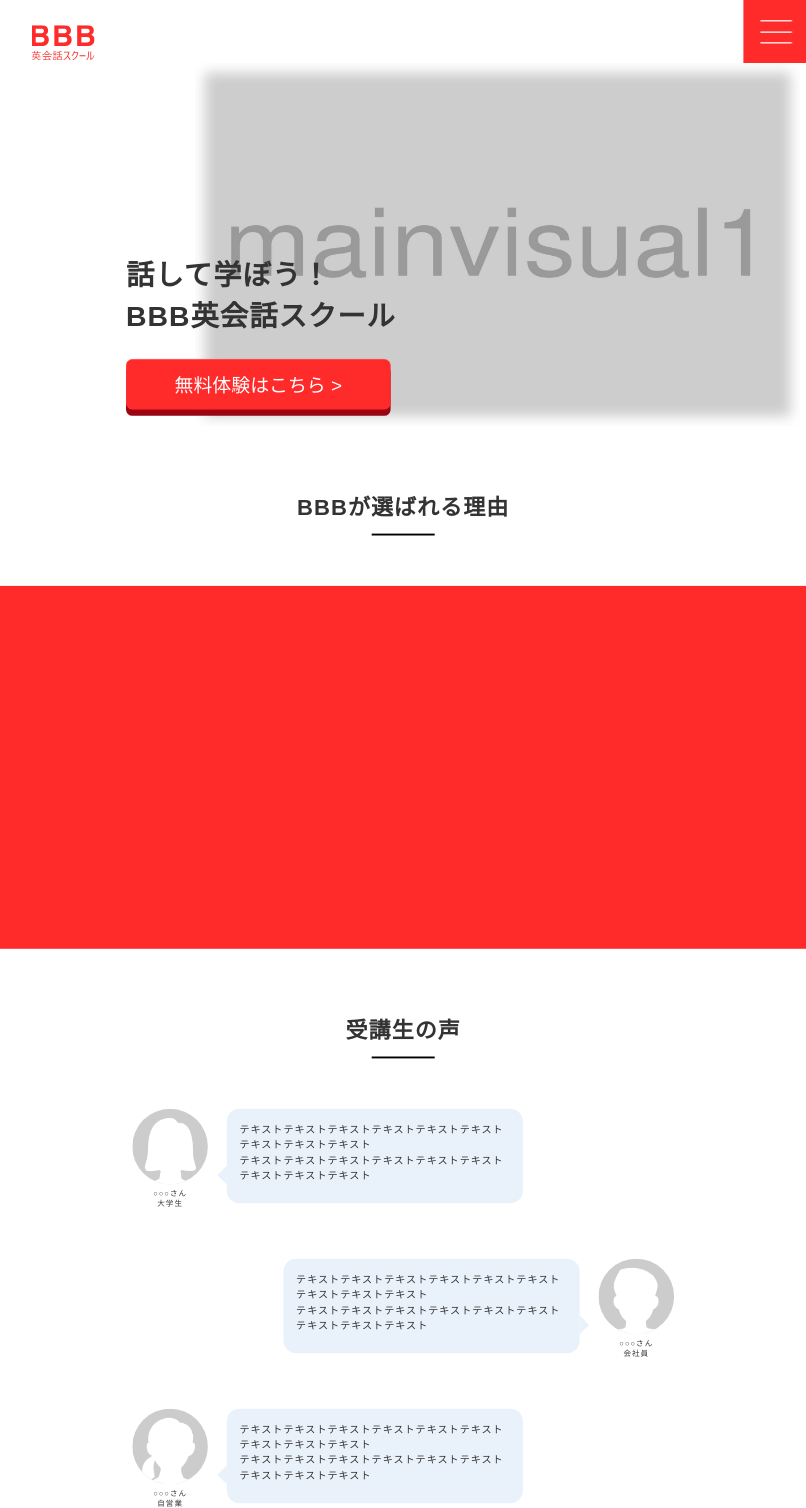
Repository: n19880405nick/challenge
Page: Codestep/BBB English School/bbbes.html
The author's editor kept a record of every edit. The page is drawn from the files as they stood at one moment, then again after the next edit.
The browser window is 1280 px wide. The pictures show the whole page, at 63% of full size.

Above is the page before.

### Codestep/BBB English School/bbbes.html
<!DOCTYPE html>
<html lang="ja">
  <head>
    <meta charset="utf-8">
    <meta name="viewport" content="width=device-width, initial-scale=1.0">
    <title>BBB英会話スクール</title>
    <link rel="stylesheet" href="bbbes.css">
    <link rel="shortcut icon" href="img/favicon.ico">
    <script src="https://ajax.googleapis.com/ajax/libs/jquery/3.5.1/jquery.min.js"></script>
    <script src="jquery.inview.min.js"></script>
    <script src="main.js"></script>
  </head>

  <body>
    <header>
      <a href="#"><img class="logo-r" src="img/logo-r.svg"></a>
      <nav class="menu">
        <img class="logo-w" src="img/logo-w.svg">
        <ul>
          <li><a href="#reason">BBBが選ばれる理由</a></li>
          <li><a href="#student">受講生の声</a></li>
          <li><a href="#about">スクールの概要</a></li>
          <li class="gotop"><a href="#"><span>無料体験に申し込む</span></a></li>
        </ul>
      </nav>
      <button class="hamburger">
        <span></span>
        <span></span>
        <span></span>
      </button>
    </header>

    <main>
      <div class="main-visual">
        <h3 class="main-visual-text">話して学ぼう！<br>BBB英会話スクール</h3>
        <a href="#"><button class="main-visual-go">無料体験はこちら  ></button></a>
        <div class="main-visual-images">
          <img class="main-visual-image" src="img/mainvisual1.jpg">
          <img class="main-visual-image" src="img/mainvisual2.jpg">
          <img class="main-visual-image" src="img/mainvisual3.jpg">
        </div>
      </div>

      <section id="reason">
        <h3 class="title">BBBが選ばれる理由</h3>
        <span class="undertitle"></span>
        <div class="reason-contents">
          <div class="reason1">
            <img class="reason-icon" src="img/icon-pc.png">
            <div class="reason-texts">
              <h3 class="reason-subtitle">オンライン対応</h3>
              <p>24時間いつでも受講できる！</p>
            </div>
          </div>
          <div class="reason2">
            <img class="reason-icon" src="img/icon-teacher.png">
            <div class="reason-texts">
              <h3 class="reason-subtitle">講師はネイティブ</h3>
              <p>お気に入りの講師が自由に選べる！</p>
            </div>
          </div>
        </div>
      </section>

      <section id="student">
        <h3 class="title">受講生の声</h3>
        <span class="undertitle"></span>
        <div class="student-contents">
          <div class="student-content1">
            <div class="student-icons">
              <img class="student-icon" src="img/icon-student1.png">
              <p>○○○さん<br>大学生</p>
            </div>
            <div class="student-text">
              <p>
                テキストテキストテキストテキストテキストテキストテキストテキストテキスト<br>
                テキストテキストテキストテキストテキストテキストテキストテキストテキスト
              </p>
            </div>
          </div>
          <div class="student-content2">
            <div class="student-text">
              <p>
                テキストテキストテキストテキストテキストテキストテキストテキストテキスト<br>
                テキストテキストテキストテキストテキストテキストテキストテキストテキスト
              </p>
            </div>
            <div class="student-icons">
              <img class="student-icon" src="img/icon-student2.png">
              <p>○○○さん<br>会社員</p>
            </div>
          </div>
          <div class="student-content3">
            <div class="student-icons">
              <img class="student-icon" src="img/icon-student3.png">
              <p>○○○さん<br>自営業</p>
            </div>
            <div class="student-text">
              <p>
                テキストテキストテキストテキストテキストテキストテキストテキストテキスト<br>
                テキストテキストテキストテキストテキストテキストテキストテキストテキスト
              </p>
            </div>
          </div>
        </div>
      </section>

    </main>

    <footer></footer>
  </body>
</html>

### Codestep/BBB English School/bbbes.css
*{
  margin: 0;
  padding: 0;
  box-sizing: border-box;
}

body{
  color: #333;
  font-family: "游ゴシック体", "YuGothic", "游ゴシック Medium", "Yu Gothic Medium", "游ゴシック", "Yu Gothic", "メイリオ", sans-serif;
  letter-spacing: 0.1em;
}

header{
  position: relative;
  z-index: 10;
}

.logo-r, .logo-w{
  width: 100px;
  position: absolute;
  top: 40px;
  left: 50px;
}

.menu{
  width: 100vw;
  height: 100vh;
  position: fixed;
  background-color: #ff2a2a;
  visibility: hidden;
  opacity: 0;
  transition: 800ms;
}

.open .menu{
  visibility: visible;
  opacity: 1;
}

.hamburger{
  width: 100px;
  height: 100px;
  position: fixed;
  top: 0;
  right: 0;
  background-color: #ff2a2a;
  border-color: transparent;
  cursor: pointer;
  transition: 0.5s;
}

.hamburger:hover{
  opacity: 0.6;
}

.hamburger span{
  display: block;
  margin-left: 25px;
  width: 50px;
  height: 2px;
  background-color: white;
  position: absolute;
  transition: all 0.5s 0s ease;
}

.hamburger span:first-child{
  top: 30px;
}

.hamburger span:nth-child(3){
  top: 65px;
}

.open .hamburger span:first-child{
  transform: translateY(17px) rotate(-45deg);
}

.open .hamburger span:nth-child(2){
  display: none;
}

.open .hamburger span:nth-child(3){
  transform: translateY(-17px) rotate(45deg);
}

.menu ul{
  text-align: center;
  padding-top: 80px;
}

.menu ul li{
  margin: 20px 0;
}

.menu ul li a{
  text-decoration: none;
  color: white;
  font-weight: bold;
}

.gotop span{
  display: block;
  width: 250px;
  height: 50px;
  padding-top: 10px;
  margin: 50px auto;
  border: solid 1px white;
  transition: all 0.5s 0s ease;
  position: relative;
}

.gotop span:hover{
  background-color: white;
  color: red;
}

.gotop span::after{
  content: "";
  width: 250px;
  height: 50px;
  position: absolute;
  top: 5px;
  left: 5px;
  border-right: solid 1px white;
  border-bottom: solid 1px white;
}

main{
  padding-top: 100px;
  position: relative;
}

.main-visual{
  width: 100vw;
  height: 80vh;
}

.main-visual-text{
  position: absolute;
  top: 400px;
  left: 200px;
  font-size: 45px;
  z-index: 5;
}

.main-visual a{
  position: absolute;
  top: 570px;
  left: 200px;
  z-index: 5;
}

.main-visual-go{
  width: 420px;
  height: 80px;
  background-color: #ff2a2a;
  border: solid 1px #ff2a2a;
  box-shadow: 0 10px 0 0 #9a0413;
  color: white;
  border-radius: 10px;
  font-size: 30px;
  cursor: pointer;
  transition:0.5s;
}

.main-visual-go:hover{
  transform: scale(1.1);
}

.main-visual-images{
  width: 75vw;
  height: 80vh;
  position: relative;
  margin-left: auto;
  margin-right: 10px;
}

.main-visual-images::after{
  content: "";
  position: absolute;
  top: 0;
  bottom: 0;
  left: 0;
  right: 0;
  box-shadow: inset 0 0 20px 15px #FFF;
}

.main-visual-image{
  width: 75vw;
  height: 80vh;
  opacity: 0;
  position: absolute;
  animation: change-img 21s infinite;
}

.main-visual-image:first-child{
  animation-delay: 0s;
}

.main-visual-image:nth-child(2){
  animation-delay: 7s;
}

.main-visual-image:nth-child(3){
  animation-delay: 14s;
}

@keyframes change-img{
  0%{ opacity: 0;}
	10%{ opacity: 1;}
	90%{ opacity: 1;}
	100%{ opacity: 0;}
}

/*reason*/

#reason, #student{
  margin-top: 100px;
}

.title{
  font-size: 35px;
  text-align: center;
}

.undertitle{
  content: "";
  display: block;
  margin: 20px auto 80px;
  width: 100px;
  height: 3px;
  background-color: black;
}

.reason-contents{
  width: 100vw;
  height: 80vh;
  background-color: #ff2a2a;
  position: relative;
  overflow: hidden;
}

.reason1, .reason2{
  width: 60vw;
  background-color: white;
  border-radius: 10px;
  display: flex;
  justify-content: center;
  padding: 100px 0;
  position: absolute;
  transition: 1s;
  opacity: 0;
}

.reason1{
  top: 80px;
  left: -700px;
}

.reason1.is-inview{
  left: -10vw;
  opacity: 1;
}

.reason2{
  top: 400px;
  left: 1500px;
}

.reason2.is-inview{
  left: 50vw;
  opacity: 1;
}

.reason-icon{
  margin-top: 10px;
  margin-right: 30px;
  height: 60px;
}

.reason1 .reason-icon{
  width: 90px;
}

.reason2 .reason-icon{
  width: 50px;
}

.reason-subtitle{
  font-size: 30px;
  color: #ff2a2a;
}

#student{
  height: 100vh;
}

.student-contents{
  width: 860px;
  margin: 0 auto;
}

.student-content1,
.student-content2,
.student-content3{
  display: flex;
  width: 650px;
}

.student-content1.is-inview,
.student-content2.is-inview,
.student-content3.is-inview{
  width: 650px;
}

.student-content2{
  margin: 80px 0 80px auto;
}

.student-icons{
  text-align: center;
}

.student-icon{
  width: 120px;
  height: 120px;
  border-radius: 50%;
  background-color: #ccc;
}

.student-icons p{
  font-size: 12px;
}

.student-text{
  height: 150px;
  margin: 0 30px;
  padding: 20px;
  background-color: #e9f1fb;
  border-radius: 20px;
  position: relative;
}

.student-content1 .student-text::before,
.student-content3 .student-text::before{
  content: "";
  position: absolute;
  top: 70%;
  left: -30px;
  margin-top: -15px;
  border: 15px solid transparent;
  border-right: 15px solid #e9f1fb;
}

.student-content2 .student-text::before{
  content: "";
  position: absolute;
  top: 70%;
  left: 100%;
  margin-top: -15px;
  border: 15px solid transparent;
  border-left: 15px solid #e9f1fb;
}

### Codestep/BBB English School/main.js
$(function(){
  $('.hamburger').on('click',function(){
    if($('header').hasClass('open')){
      $('header').removeClass('open')
    }else{
      $('header').addClass('open');
    }
  });
  $('.menu').on('click',function(){
    $('header').removeClass('open')
  });
});

Loaded but not shown: Codestep/BBB English School/jquery.inview.min.js (common file)

After the next edit:
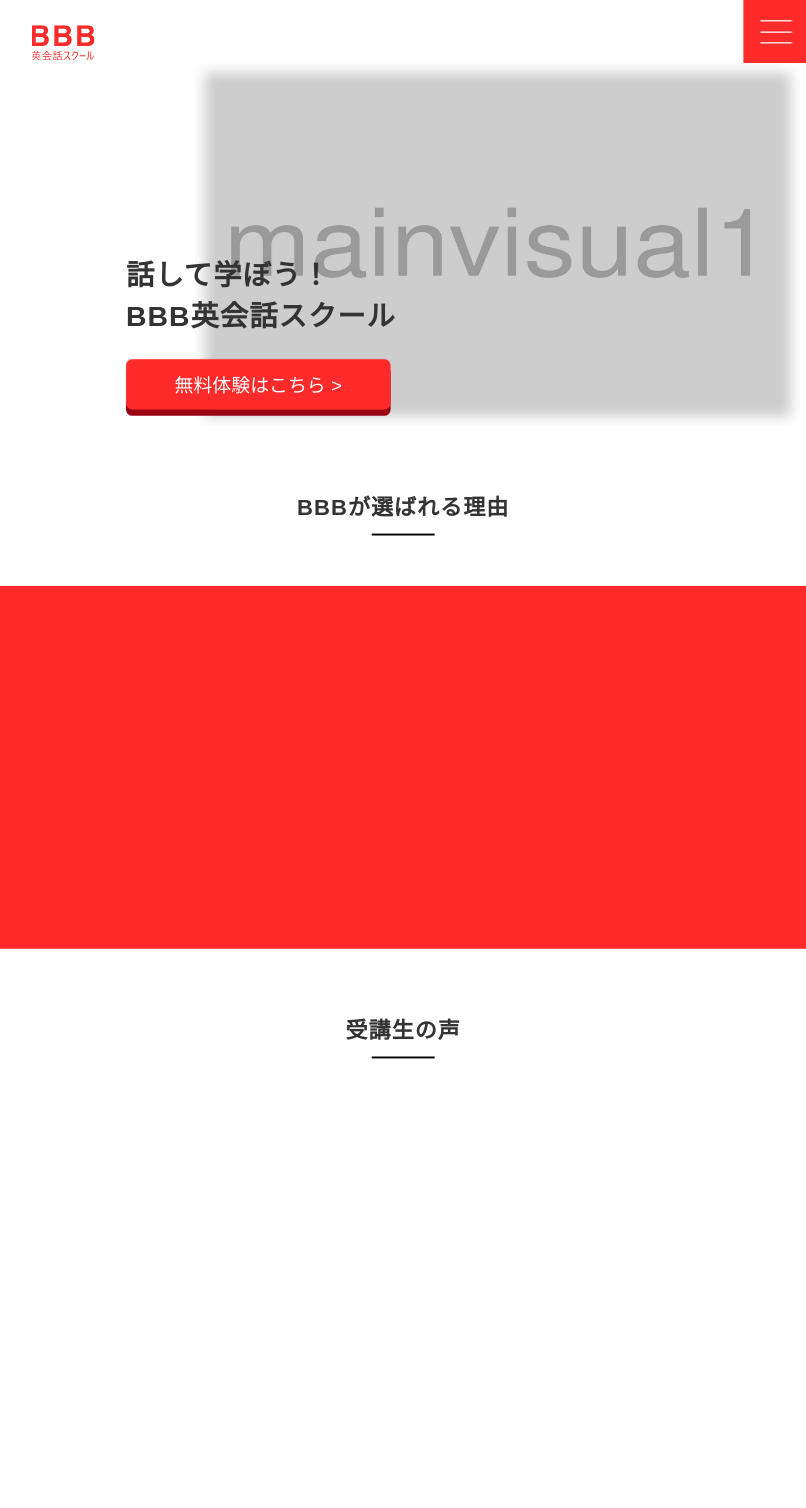
The edit:
--- a/Codestep/BBB English School/bbbes.css
+++ b/Codestep/BBB English School/bbbes.css
@@ -305,6 +305,8 @@
 .student-content3{
   display: flex;
   width: 650px;
+  opacity: 0;
+  transition: 1s;
 }
 
 .student-content1.is-inview,
